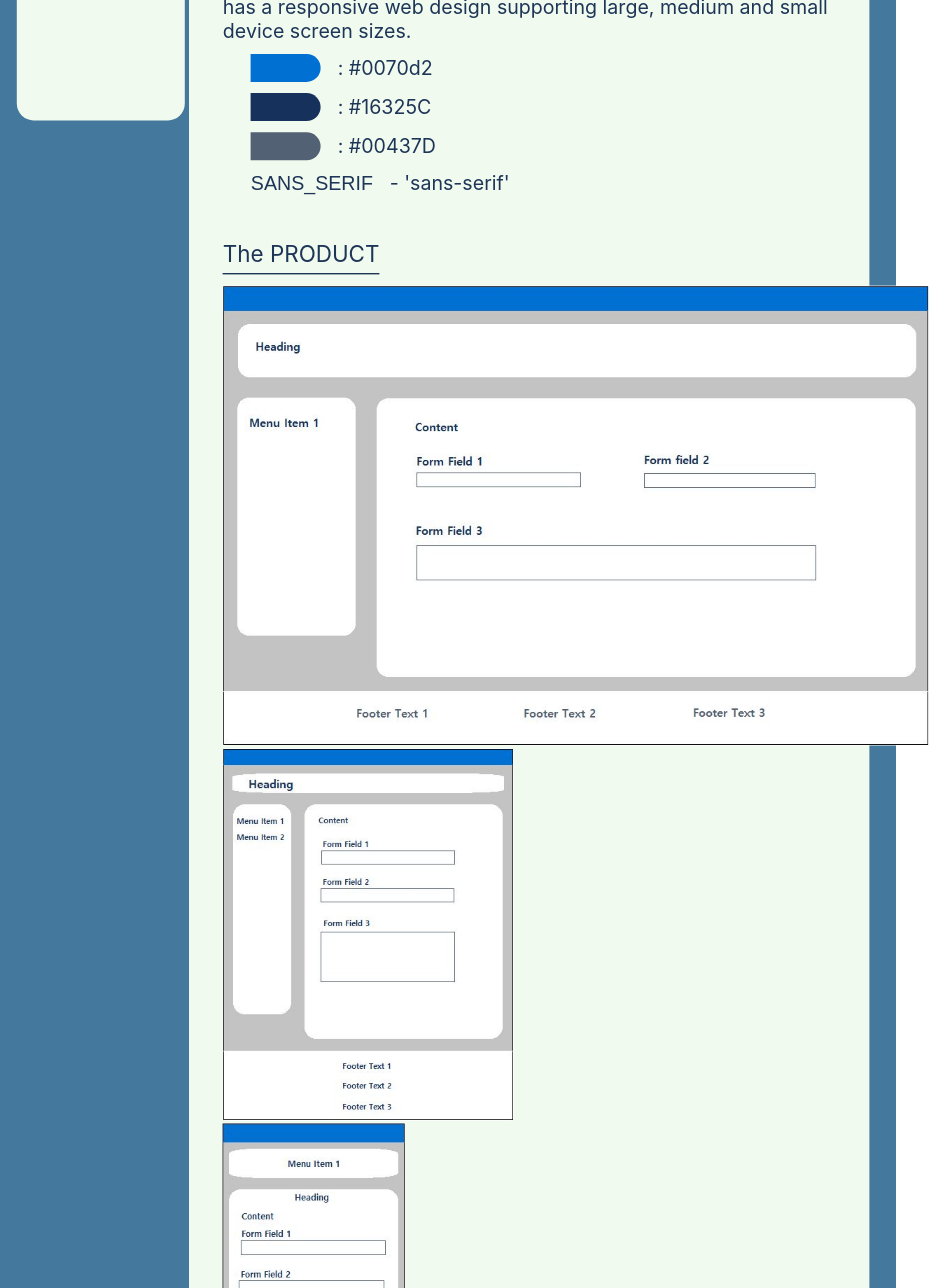
Repository: niranjangp/portfolioReact
Page: /cs-one
These files come from the project's save history. The page is drawn as it stood at one moment and after the next save; the edit follows.
The browser window is 1280 px wide. The page is 1327 px wide, so the pictures cover 1327 px, including what lies to the right of the window. The pictures show the part of the page from y = 600 to 2440 px (the page is 3066 px tall before and 3194 px after), at 70% of full size.
The project was rebuilt for these pictures with package versions that can differ from the ones it lists, and the page was loaded fresh each time. Also part of the build but not shown: src/pages/enterDesign.jsx, src/pages/notFound.jsx.

Above is the page before, as saved 2022-02-01 04:12:33.

### public/index.html
<!DOCTYPE html>
<html lang="en">
  <head>
    <meta charset="utf-8" />
    <!--<link rel="icon" href="%PUBLIC_URL%/favicon.ico" />-->
    <meta name="viewport" content="width=device-width, initial-scale=1" />
    <meta name="theme-color" content="#000000" />
    <meta
      name="description"
      content="Web site created using create-react-app"
    />
    <!--<link rel="apple-touch-icon" href="%PUBLIC_URL%/logo192.png" />-->
    <!--
      manifest.json provides metadata used when your web app is installed on a
      user's mobile device or desktop. See https://developers.google.com/web/fundamentals/web-app-manifest/
    -->
    <link rel="manifest" href="%PUBLIC_URL%/manifest.json" />
    <!--
      Notice the use of %PUBLIC_URL% in the tags above.
      It will be replaced with the URL of the `public` folder during the build.
      Only files inside the `public` folder can be referenced from the HTML.

      Unlike "/favicon.ico" or "favicon.ico", "%PUBLIC_URL%/favicon.ico" will
      work correctly both with client-side routing and a non-root public URL.
      Learn how to configure a non-root public URL by running `npm run build`.
    -->
    <title>Portfolio</title>
  </head>
  <body>
    <noscript>You need to enable JavaScript to run this app.</noscript>
    <div id="root"></div>
    <!--
      This HTML file is a template.
      If you open it directly in the browser, you will see an empty page.

      You can add webfonts, meta tags, or analytics to this file.
      The build step will place the bundled scripts into the <body> tag.

      To begin the development, run `npm start` or `yarn start`.
      To create a production bundle, use `npm run build` or `yarn build`.
    -->
  </body>
</html>

### src/index.css
body {
  margin: 0;
  font-family: -apple-system, BlinkMacSystemFont, 'Segoe UI', 'Roboto', 'Oxygen',
    'Ubuntu', 'Cantarell', 'Fira Sans', 'Droid Sans', 'Helvetica Neue',
    sans-serif;
  -webkit-font-smoothing: antialiased;
  -moz-osx-font-smoothing: grayscale;
  box-sizing: border-box;
}

code {
  font-family: source-code-pro, Menlo, Monaco, Consolas, 'Courier New',
    monospace;
}

p {
  margin: 0;
}

### src/App.js
import './App.css';

import { Route, NavLink, Switch, Redirect } from 'react-router-dom';
import EnterTheDesign from './pages/enterDesign';
import CSOne from './pages/csOne';
import NotFound from './pages/notFound';

function App() {
  const flatIconLink = "https://www.flaticon.com/free-icons/programmer";
  const wfhIconLink = "https://www.flaticon.com/free-icons/work-from-home";


  return (
    <div className='App'>
      <div className="containerOne">
        <nav className='navigation'>
          <div className='navDiv'>
            <NavLink activeClassName="nav-link active" className="nav-link" to="/enter-the-design">Take me Home!</NavLink>
          </div>
          <div className='navDiv'>
            <NavLink activeClassName="nav-link active" className="nav-link" to="/cs-one">Case Study 1</NavLink>
          </div>
          <div className='navDiv'>
            <NavLink activeClassName="nav-link active" className="nav-link" to="/cs-two">Case t'w'o Study</NavLink>
          </div>
          <div className='navDiv'>
            <NavLink activeClassName="nav-link active" className="nav-link" to="/cs-three">Case Study the third</NavLink>
          </div>
          <div className='navDiv'>
            <NavLink activeClassName="nav-link active" className="nav-link" to="/cs-three">Case Study IV</NavLink>
          </div>
        </nav>
        <main className='mainOne'>
          <Switch>
            <Route exact path="/" ><Redirect to="/enter-the-design" /></Route>
            <Route path="/enter-the-design" ><EnterTheDesign /></Route>
            <Route exact path="/cs-one" ><CSOne /></Route>

            <Route path="*"><NotFound /></Route>
          </Switch>
          {/*<div className='firstRow'>
            <div className="width-60">
              <p className='fr-info'>NIRANJAN G P, IS A UI DEVELOPER AT DELOITTE USI</p>
            </div>
            <div className="width-40 img-block">
              <img src={avatarIcon} alt="avatar-icon" className='avtr-img' />
            </div>
          </div>
          <div className='sec-row'>
            <p>Hi, this is Niranjan.</p>
            <p>I Joined Deloitte USI as a campus recruit. Since then I've been part of many innovative and high-intensity projects, coordinating between multiple virtual teams to help complete client deliverables.</p>
            <p>I've been part of the FRONT-END community since 2017 and constantly learning and developing UI and gradually having a go at UX design parallely.</p>
            <p>Currently based in Bengaluru, I have a big love for travel and adventure, also keeping in mind to do my bit to conserve the environment.</p>
            <p>Thanks for stopping by.</p>
          </div>*/}

        </main>
        <footer>
          <div className='footer-info'>
            {/*<p>Niranjan G P</p>*/}
            <p>Design & Develop    |   mailtonirgp@gmail.com</p>
            <p>Please consider the Environment while printing.</p>
          </div>
          <div className='credits'>
            <a href={flatIconLink} title="programmer icons">Programmer icons created by Flat Icons - Flaticon</a>
            <a href={wfhIconLink} title="work from home icons">Work from home icons created by Freepik - Flaticon</a>
          </div>
        </footer>
      </div>

    </div>
  );
}

export default App;

### src/App.css
.containerOne {
  background-color: #45789d;
  padding: 24px;
  position: relative;
}

.mainOne {
  width: 75%;
  margin-left: 20%;
  background-color: #F1FAEE;
  height: 100%;
  border-radius: 1.5rem;
  padding:24px;
}

.navigation {
  position: absolute;
  top: 24px;
  left: 24px;
  width: 15%;
  height: 660px;
  background-color: #F1FAEE;
  border-radius: 1.5rem;
  padding: 64px 24px 24px;
}

.navDiv {
  padding: 16px 0;
  text-align: center;
}

.nav-link {
  font-size: 24px;
  text-decoration: none;
  color: #1d3557;
}

.nav-link.active {
  color: #2a9d8f;
  font-weight: bold;
  border-bottom: 4px solid #2a9d8f;
}

.fr-info {
  font-size: 3rem;
  font-family:'Gill Sans', 'Gill Sans MT', Calibri, 'Trebuchet MS', sans-serif;
  padding: 24px 24px 24px 48px;
  color: #1d3557;
}

.firstRow {
  display: flex;
  align-items: center;
  padding: 64px 0;
}

.width-60 {
  width: 60%;
}

.width-40 {
  width: 40%;
}

.fullWidth {
  width: 100%;
}

.img-block {
  text-align: center;
}

.sec-row {
  background-color: #1d3557;
  color: #f1faee;
  border-radius: 0.75rem;
  padding: 64px;
  font-family: 'Lucida Sans', 'Lucida Sans Regular', 'Lucida Grande', 'Lucida Sans Unicode', Geneva, Verdana, sans-serif;
  font-size: 28px;
  text-align: justify;
}

.sec-row p {
  padding: 16px;
}

.centered {
  margin: 3rem auto;
  text-align: center;
  display: flex;
  justify-content: center;
  align-items: center;
}

.linkSel {
  text-decoration: underline;
  font-weight: bold;
}

.third-row {
  display: flex;
  flex-wrap: wrap;
  padding: 96px 24px 0;
}

.card-box {
  width: 50%;
  text-align: center;
  height: 600px;
}

.card {
  width: 400px;
  height: 450px;
  background-color: #ffddd2;
  border-radius: 20px;
  box-shadow: 4px 4px 4px 4px rgba(0, 0, 0, 0.2);
  margin: 3rem auto;
  flex-grow: 1;
  flex-shrink: 1;
  transition: width 500ms ease 0s;
}

.card:hover {
  box-shadow: 4px 4px 4px 8px rgba(0, 0, 0, 0.2);
  width: 420px;
  height: 470px;
  cursor: pointer;
}

.card a {
  text-decoration: none;
}

.card p {
  font-size: 32px;
  padding: 24px;
  color: #1d3557;
  font-family: Verdana, Geneva, Tahoma, sans-serif;
}

.card-icon {
  width: 256px;
  margin-top: 40px;
}

.intro-cs {
  text-align: center;
  font-size: 40px;
  color: #1d3557;
  font-family:'Trebuchet MS', 'Lucida Sans Unicode', 'Lucida Grande', 'Lucida Sans', Arial, sans-serif;
}

footer {
  width: 75%;
  margin-left: 20%;
  background-color: #cfdbd5;
  height: 100%;
  border-radius: 1.5rem;
  padding:24px;
  margin-top: 64px;
  color: #223843;
}
.footer-info {
  font-size: 1.5rem;
}

.footer-info p {
  padding: 1rem;
}

.credits {
  padding-left: 16px;
}

.credits a {
  text-decoration: none;
  display: block;
}

.csOne {
  min-height: 660px;
  height: 100%;
  color: #1d3557;
}

.backLink {
  font-size: 28px;
  font-weight: bold;
  padding: 16px 16px 16px 24px;
}

.backLink a {
  text-decoration: none;
  color: #1d3557;

}

.csOneHeader {
  font-size: 40px;
  padding: 16px 16px 32px 24px;
}

.csOneBody {
  padding: 0 24px;
}

.csOneH {
  font-size: 32px;
  padding-bottom: 8px;
  border-bottom: 2px solid #1d3557;
  margin-bottom: 16px;
  display: inline-block;
}

.csOneC {
  font-size: 28px;
}

.pd-bt {
  padding-bottom: 48px;
}

.clrp {
  width: 100px;
  height: 40px;
  border-top-right-radius: 20px;
  border-bottom-right-radius: 20px;
  margin-right: 24px;
}

.fir {
  background-color: #0070D2;
}

.sec {
  background-color: #16325C;
}

.thi {
  background-color: #526173;
}

.fou {
  font-family: sans-serif;
  padding-right: 24px;
}

.dp-flx {
  display: flex;
  margin: 16px 40px;
  align-items: center;
}

/*.containerOne {
  background-color: #F1FAEE;
}
.mainOne {
  background-color: #a8dadc;
  width: 75%;
  margin-left: 20%;
  /-*background-color: #45789d;*-/
  height: 660px;
}

.p1 {
  color: #1d3557;
}
.p2 {
  color: #f1faee;
}*/

/*.App-logo {
  height: 40vmin;
  pointer-events: none;
}

@media (prefers-reduced-motion: no-preference) {
  .App-logo {
    animation: App-logo-spin infinite 20s linear;
  }
}

.App-header {
  background-color: #282c34;
  min-height: 100vh;
  display: flex;
  flex-direction: column;
  align-items: center;
  justify-content: center;
  font-size: calc(10px + 2vmin);
  color: white;
}

.App-link {
  color: #61dafb;
}*/

@keyframes App-logo-spin {
  from {
    transform: rotate(0deg);
  }
  to {
    transform: rotate(360deg);
  }
}

### src/pages/csOne.jsx
import React from 'react';
import { Link } from 'react-router-dom';
import MrDesk from '../assets/mrDesk.JPG';
import MrTab from '../assets/mrTab.JPG';
import MrMob from '../assets/mrMob.JPG';

const csOne = () => {
  return (
    <div className='csOne'>
      <div className="backLink"><Link to="/enter-the-design">{'< Back'}</Link></div>
      <div className='csOneHeader'>A Flow for a Mandated Reporter</div>
      <div className='csOneBody'>
        <div className="pd-bt">
          <p className="csOneH">The START -</p>
          <p className="csOneC">This design came out as the first opportunity in my design roadmap.</p>
          <p className="csOneC">The design required a very minimal approach and subtle design feature involving only 3-4 color tones and the common 'sans-serif' font type.</p>
        </div>
        <div className="pd-bt">
          <p className="csOneH">The FEATURES</p>
          <p className="csOneC">The webpage doesn't have fancy animations or transitions, but has a responsive web design supporting large, medium and small device screen sizes.</p>
          <p className="csOneC dp-flx"><p className='fir clrp'></p><span>{' : #0070d2'}</span></p>
          <p className="csOneC  dp-flx"><p className='sec clrp'></p><span>{' : #16325C'}</span></p>
          <p className="csOneC  dp-flx"><p className='thi clrp'></p><span>{' : #00437D'}</span></p>
          <p className="csOneC  dp-flx"><p className="fou">SANS_SERIF</p><p> - 'sans-serif'</p></p>
        </div>
        <div className="pd-bt">
          <p className="csOneH">The PRODUCT</p>
          <div><img src={MrDesk} alt="mr-screen" className='mrDesk' /></div>
          <div><img src={MrTab} alt="mr-screen" className='mrTab' /></div>
          <div><img src={MrMob} alt="mr-screen" className='mrMob' /></div>
        </div>
      </div>
    </div>
  )
};

export default csOne;

Loaded but not shown: src/index.js (common file); src/reportWebVitals.js (common file)

After the next save:
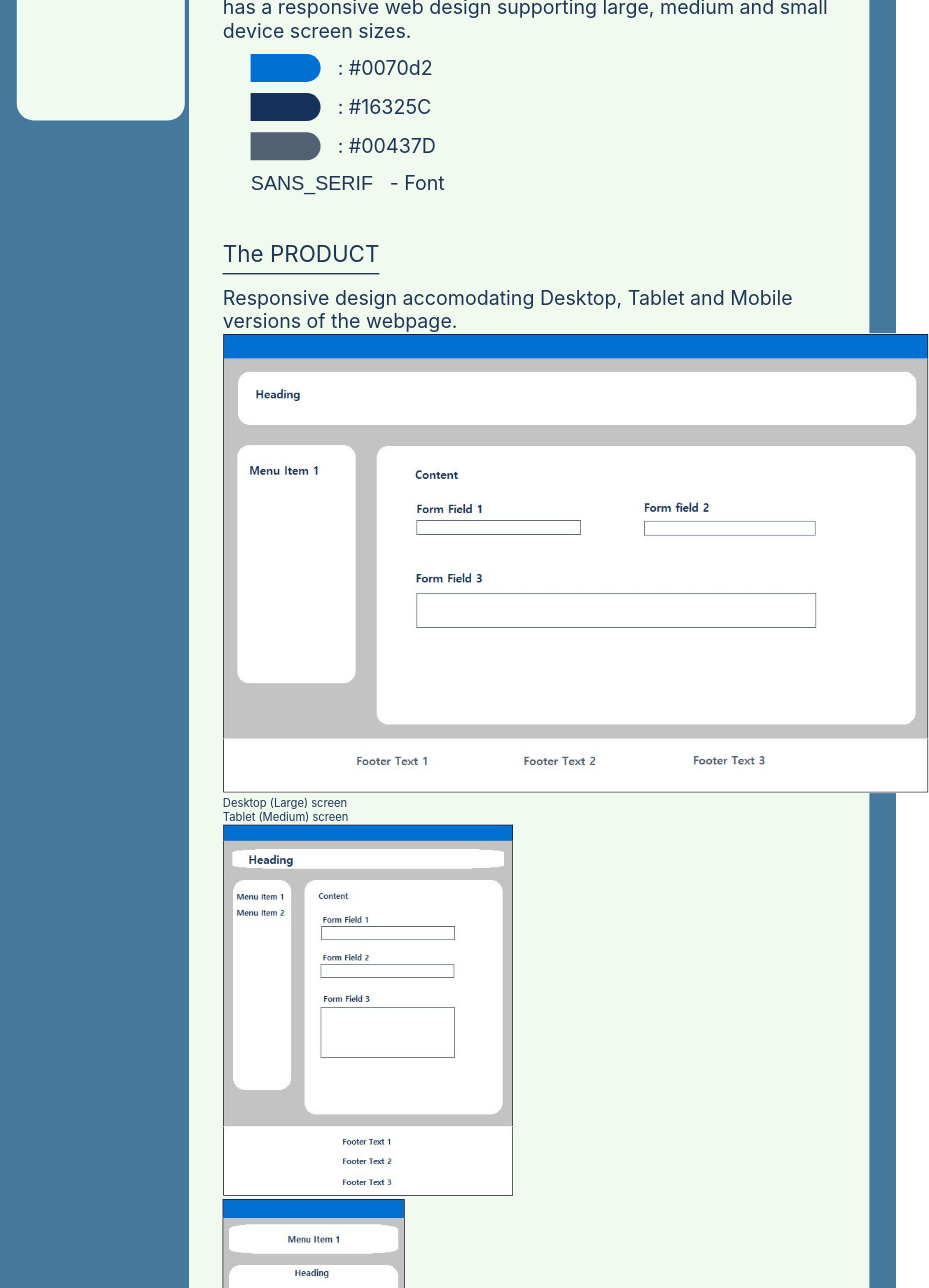
Saved 4 min 17 s later.
--- a/src/pages/csOne.jsx
+++ b/src/pages/csOne.jsx
@@ -21,13 +21,14 @@ const csOne = () => {
           <p className="csOneC dp-flx"><p className='fir clrp'></p><span>{' : #0070d2'}</span></p>
           <p className="csOneC  dp-flx"><p className='sec clrp'></p><span>{' : #16325C'}</span></p>
           <p className="csOneC  dp-flx"><p className='thi clrp'></p><span>{' : #00437D'}</span></p>
-          <p className="csOneC  dp-flx"><p className="fou">SANS_SERIF</p><p> - 'sans-serif'</p></p>
+          <p className="csOneC  dp-flx"><p className="fou">SANS_SERIF</p><p> - Font</p></p>
         </div>
         <div className="pd-bt">
           <p className="csOneH">The PRODUCT</p>
-          <div><img src={MrDesk} alt="mr-screen" className='mrDesk' /></div>
-          <div><img src={MrTab} alt="mr-screen" className='mrTab' /></div>
-          <div><img src={MrMob} alt="mr-screen" className='mrMob' /></div>
+          <p className="csOneC">Responsive design accomodating Desktop, Tablet and Mobile versions of the webpage.</p>
+          <div><img src={MrDesk} alt="mr-screen" className='mrDesk' /><div>Desktop (Large) screen</div></div>
+          <div><div>Tablet (Medium) screen</div><img src={MrTab} alt="mr-screen" className='mrTab' /></div>
+          <div><img src={MrMob} alt="mr-screen" className='mrMob' /><div>Mobile (Small) screen</div></div>
         </div>
       </div>
     </div>
